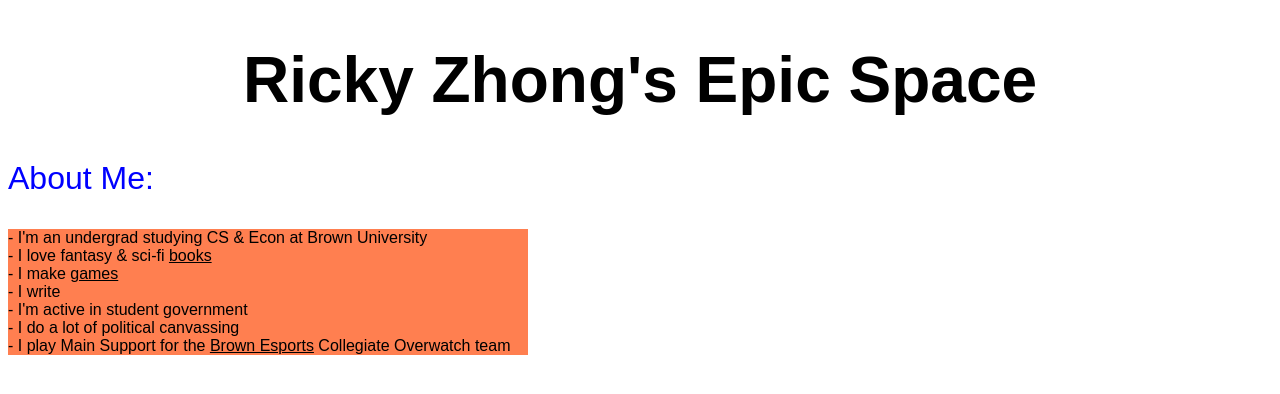
Repository: rickydaricky/rickydaricky.github.io
Page: index.html
The author's editor kept a copy of each file at every save. The page is drawn from the files as they stood at one save, then again after the next save.
The browser window is 1280 px wide. The pictures show the whole page.

Above is the page before, as saved 2021-11-26 02:49:56.

After the next save:
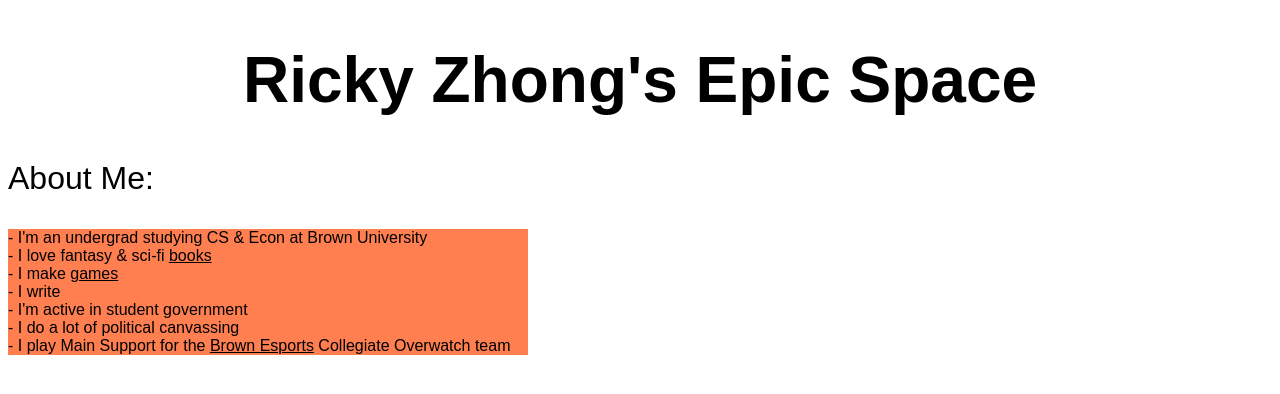
Saved 19 s later.
--- a/main.css
+++ b/main.css
@@ -11,7 +11,7 @@
 
 .about {
   font-size: 200%;
-  color: blue;
+  color: light-blue;
 }
 
 .title {

After the save that followed:
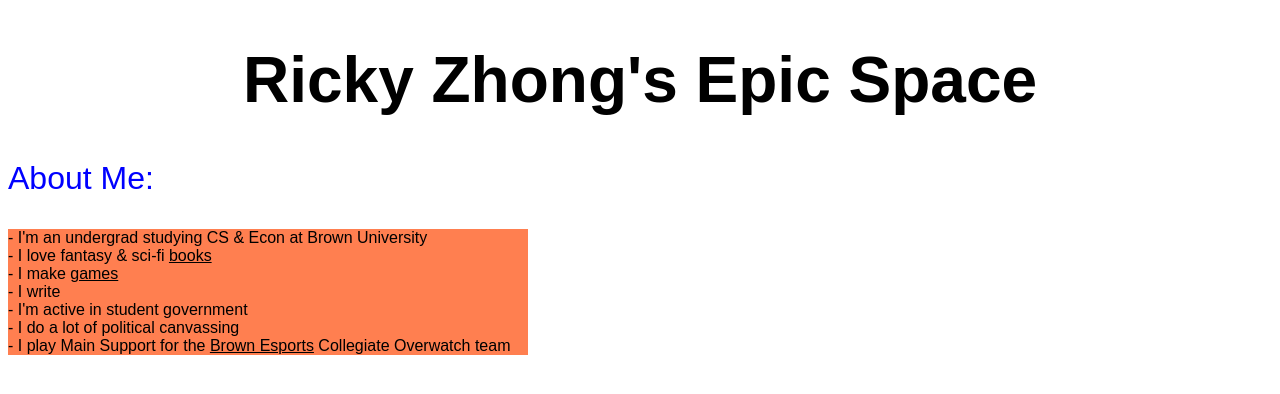
Saved 4 s later.
--- a/main.css
+++ b/main.css
@@ -11,7 +11,7 @@
 
 .about {
   font-size: 200%;
-  color: light-blue;
+  color: blue;
 }
 
 .title {
